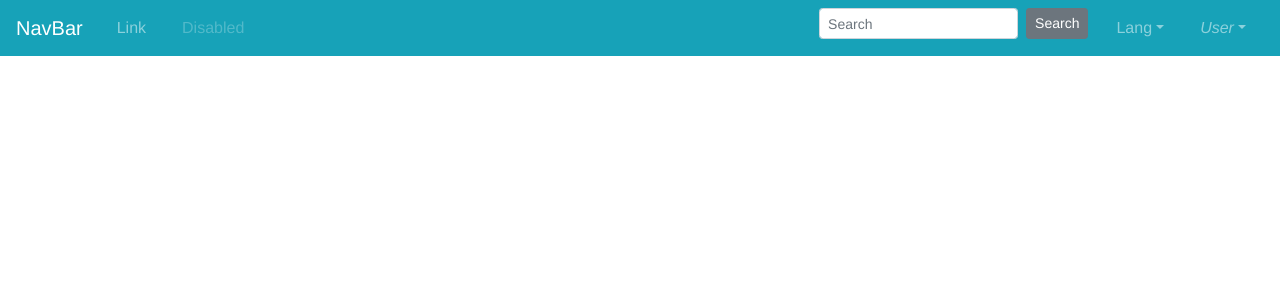
Repository: sqsssq/GatesFinace
Page: /main (app in webview/)
An editor plug-in stored every save of this project. The page is shown before and after the next save, followed by the edit.
The browser window is 1280 px wide. The pictures show the whole page.
The project was rebuilt for these pictures with package versions that can differ from the ones it lists, and the page was loaded fresh each time. Also part of the build but not shown: webview/src/components/HelloWorld.vue, webview/src/views/Home.vue.

Above is the page before, as saved 2020-11-03 08:34:57.

After the next save:
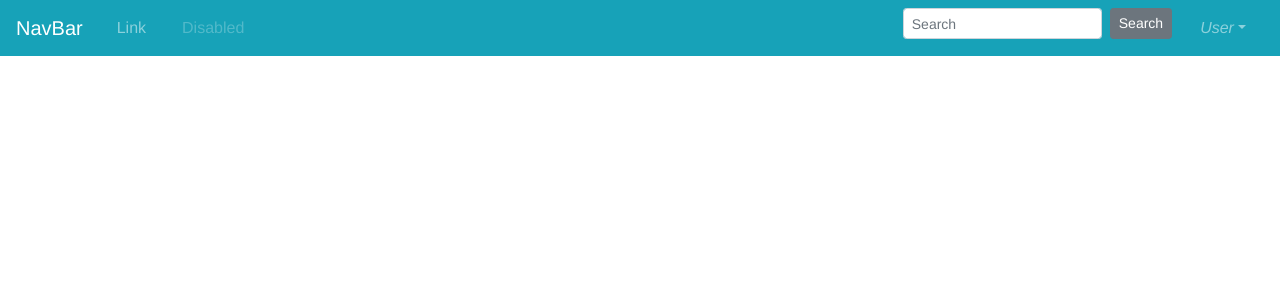
Saved 6 min 1 s later.
--- a/webview/src/components/nav.vue
+++ b/webview/src/components/nav.vue
@@ -26,12 +26,12 @@
           <b-button size="sm" class="my-2 my-sm-0" type="submit">Search</b-button>
         </b-nav-form>
 
-        <b-nav-item-dropdown text="Lang" right>
+        <!-- <b-nav-item-dropdown text="Lang" right>
           <b-dropdown-item href="#">EN</b-dropdown-item>
           <b-dropdown-item href="#">ES</b-dropdown-item>
           <b-dropdown-item href="#">RU</b-dropdown-item>
           <b-dropdown-item href="#">FA</b-dropdown-item>
-        </b-nav-item-dropdown>
+        </b-nav-item-dropdown> -->
 
         <b-nav-item-dropdown right>
           <!-- Using 'button-content' slot -->
